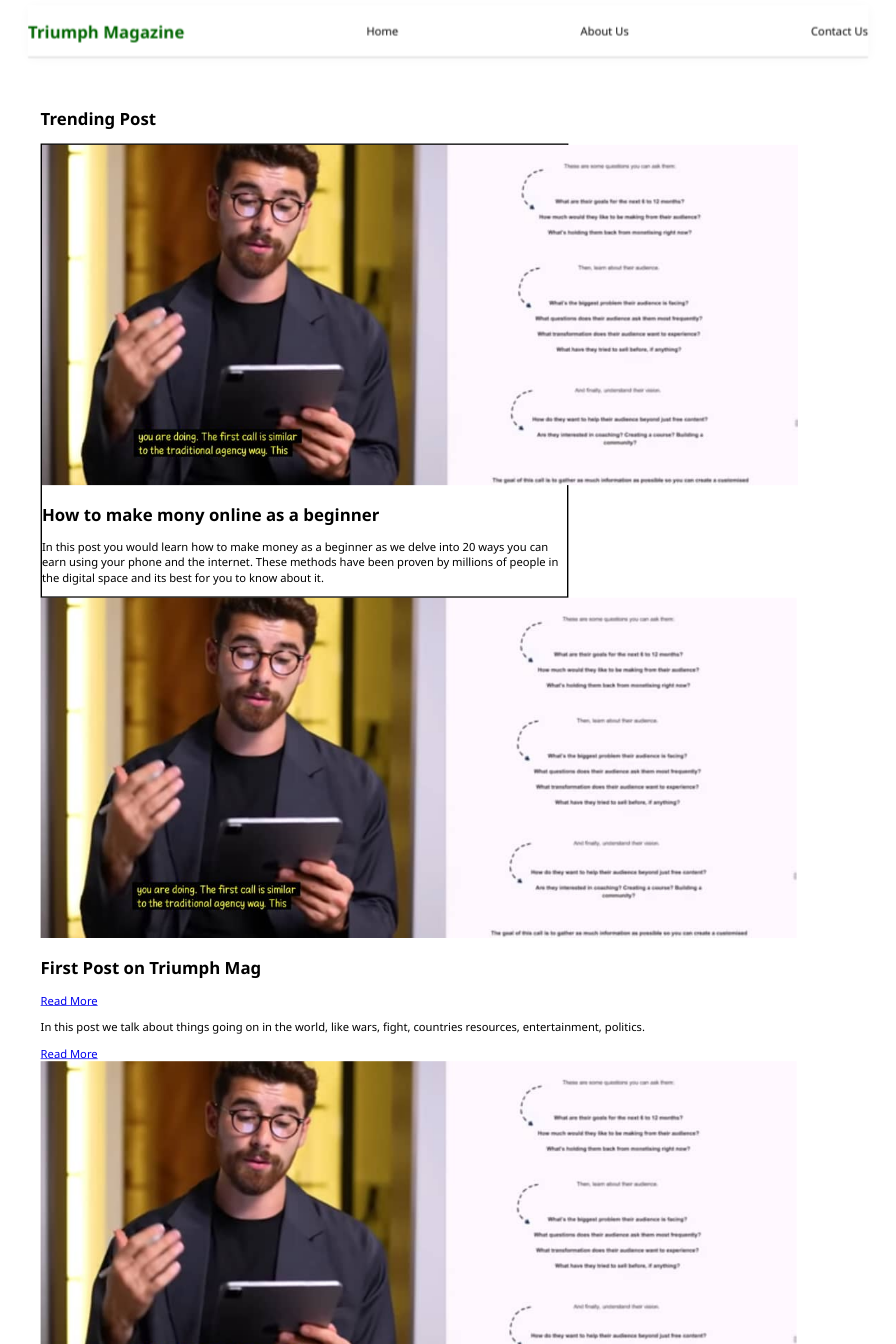
Repository: zikcolle/Triumph-Blog
Page: index.html
These files come from the project's save history. The page is drawn as it stood at one moment and after the next save; the edit follows.
The browser window is 1280 px wide. The pictures show the part of the page from y = 0 to 1920 px (the page is 5455 px tall before and 5454 px after), at 70% of full size.

Above is the page before, as saved 2026-06-20 15:40:14.

### index.html
<!DOCTYPE html>
<html lang="en">

<head>
    <meta charset="UTF-8">
    <meta name="viewport" content="width=device-width, initial-scale=1.0">
    <title>Triumph Magazine</title>
    <link rel="stylesheet" href="styles.css">
</head>

<body>
    <header>
        <h2>Triumph Magazine</h2>
            <a href="#">Home</a></li>
            <a href="/about-us">About Us</a>
            <a href="/contact-us">Contact Us</a>
    </header>

    <main>
        <section>
            <div>
                <h2 class="label-post">Trending Post</h2>
            </div>
            <div class="feat-post">
                <img src="simage\postiman.jpeg">
                <h1>How to make mony online as a beginner</h1>
                <p>In this post you would learn how to make money as a beginner as we delve into 20 ways you can earn
                    using your phone and the internet. These methods have been proven by millions of people in the
                    digital space and its best for you to know about it.</p>
            </div>
        </section>

        <section class="post-grid">
            <div class="blog-post">
                <img src="simage\postiman.jpeg">
                <h1>First Post on Triumph Mag</h1><a href="#" class="read-more">Read More</a>
                <p>In this post we talk about things going on in the world, like wars, fight, countries resources,
                    entertainment, politics.</p>
                <a href="#" class="read-more">Read More</a>
            </div>

            <div class="blog-post">
                <img src="simage\postiman.jpeg">
                <h1>Second Post on Triumph Mag</h1>
                <p>In this post we talk about things going on in the world, like wars, fight, countries resources,
                    entertainment, politics.</p>
                <a href="#" class="read-more">Read More</a>
            </div>

            <div class="blog-post">
                <img src="simage\postiman.jpeg">
                <h1>Third Post on Triumph Mag</h1>
                <p>In this post we talk about things going on in the world, like wars, fight, countries resources,
                    entertainment, politics.</p>
                <a href="#" class="read-more">Read More</a>
            </div>

            <div class="blog-post">
                <img src="simage\postiman.jpeg">
                <h1>Fourth Post on Triumph Mag</h1>
                <p>In this post we talk about things going on in the world, like wars, fight, countries resources,
                    entertainment, politics.</p>
                <a href="#" class="read-more">Read More</a>
            </div>

            <div class="blog-post">
                <img src="simage\postiman.jpeg">
                <h1>Fifth Post on Triumph Mag</h1>
                <p>In this post we talk about things going on in the world, like wars, fight, countries resources,
                    entertainment, politics.</p>
                <a href="#" class="read-more">Read More</a>
            </div>

            <div class="blog-post">
                <img src="simage\postiman.jpeg">
                <h1>Sixth Post on Triumph Mag</h1>
                <p>In this post we talk about things going on in the world, like wars, fight, countries resources,
                    entertainment, politics.</p>
                <a href="#" class="read-more">Read More</a>
            </div>

            <div><a href="/blog">View More Posts</a></div>
        </section>

        <section>
            <h2>Related Posts</h2>

            <div class="blog-post">
                <img src="simage\postiman.jpeg">
                <h1><a href="/blog">Sixth Post on Triumph Mag</a></h1>
            </div>
        </section>
    </main>

    <footer>
        <h2>Triumph Magazine</h2>
        <p>© 2026 Triumph Magazine. All rights reserved.</p>
    </footer>

</body>

</html>

### styles.css
body {
    background-color: rgb(255, 255, 255);
    color: rgb(0, 0, 0);
    font-family:'Segoe UI', Tahoma, Geneva, Verdana, sans-serif;
}

header {
    display: flex;
    justify-content: space-between;
    align-items: center;
    margin: 0 auto;
    max-width: 1200px;
    background-color: rgba(255,255,255,0.92);
    border-bottom: 1px solid rgba(0, 0, 0, 0.213);
    backdrop-filter: blur(20px) saturate(180%);
    -webkit-backdrop-filter: blur(20px) saturate(180%);
    box-shadow: 0 1px 0 rgba(0,0,0,0.04), 0 2px 16px rgba(0,0,0,0.04);
    top: 0;
    z-index: 100;
    color: rgb(0, 101, 0);
}

header a {
    text-decoration: none;
    color: rgb(0, 0, 0);
}

header a:hover {
    text-decoration: none;
    color: rgb(0, 101, 0);
    text-decoration: underline;
}

main {
    padding: 50px;
}
.feat-post {
    background-color: rgb(255, 255, 255);
    border: 2px solid rgb(0, 0, 0);
    max-width: 750px;
}

.feat-post img {
    max-width: 0 auto;
}

After the next save:
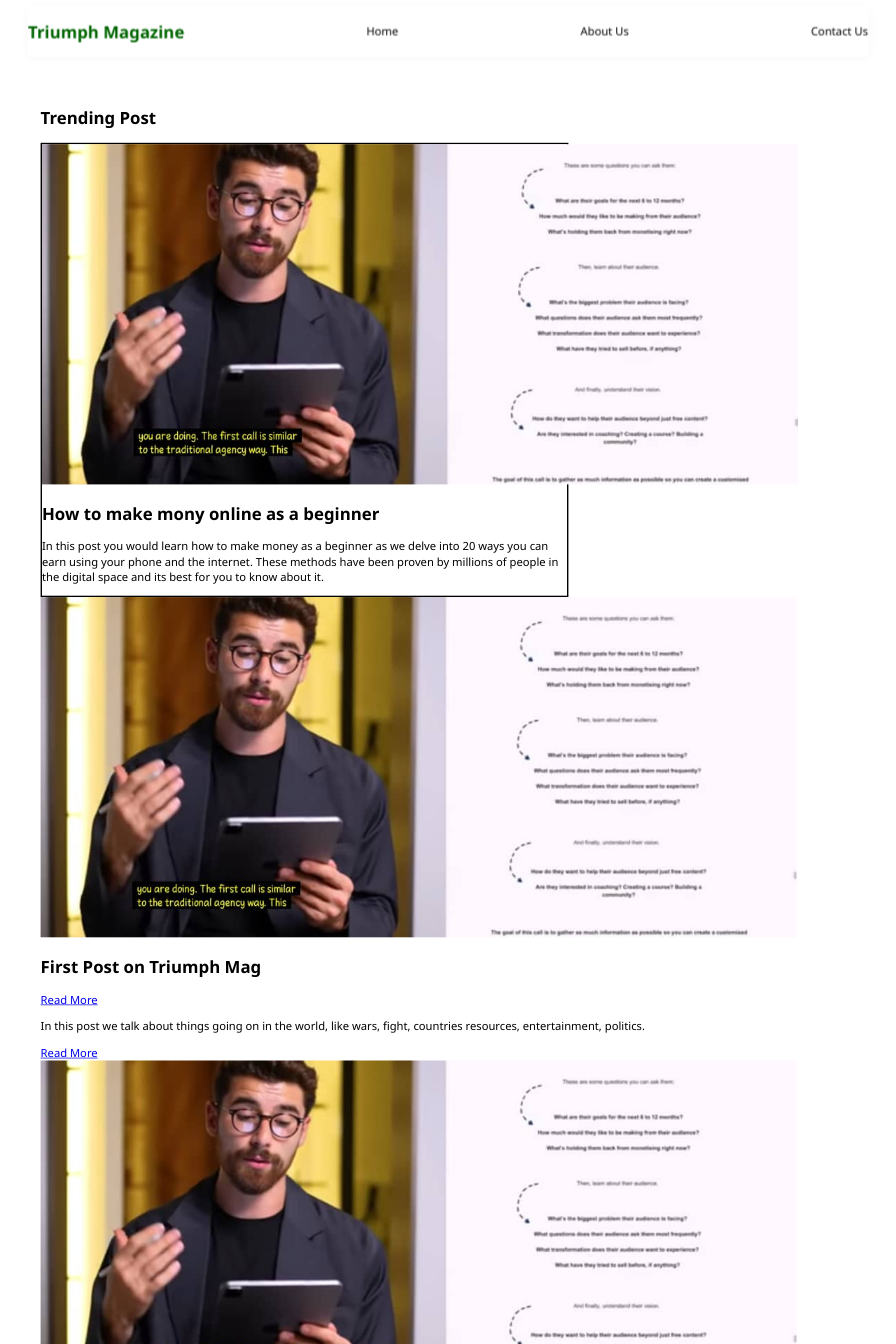
Saved 58 s later.
--- a/styles.css
+++ b/styles.css
@@ -10,7 +10,7 @@
     align-items: center;
     margin: 0 auto;
     max-width: 1200px;
-    background-color: rgba(255,255,255,0.92);
+    background-color: rgba(255,255,255,0.92);*/
     border-bottom: 1px solid rgba(0, 0, 0, 0.213);
     backdrop-filter: blur(20px) saturate(180%);
     -webkit-backdrop-filter: blur(20px) saturate(180%);

After the save that followed:
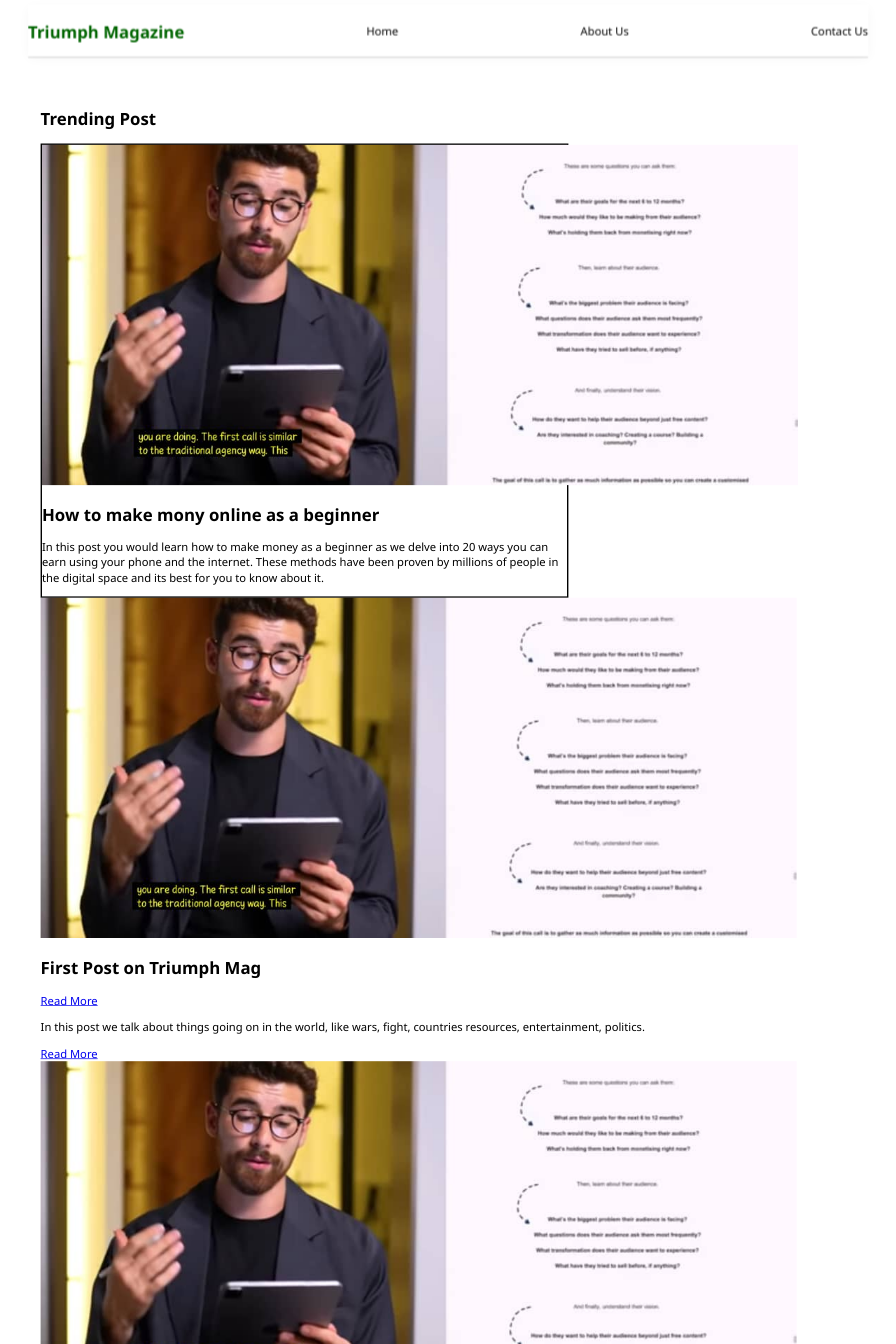
Saved 5 s later.
--- a/styles.css
+++ b/styles.css
@@ -10,7 +10,7 @@
     align-items: center;
     margin: 0 auto;
     max-width: 1200px;
-    background-color: rgba(255,255,255,0.92);*/
+    /*background-color: rgba(255,255,255,0.92);*/
     border-bottom: 1px solid rgba(0, 0, 0, 0.213);
     backdrop-filter: blur(20px) saturate(180%);
     -webkit-backdrop-filter: blur(20px) saturate(180%);
